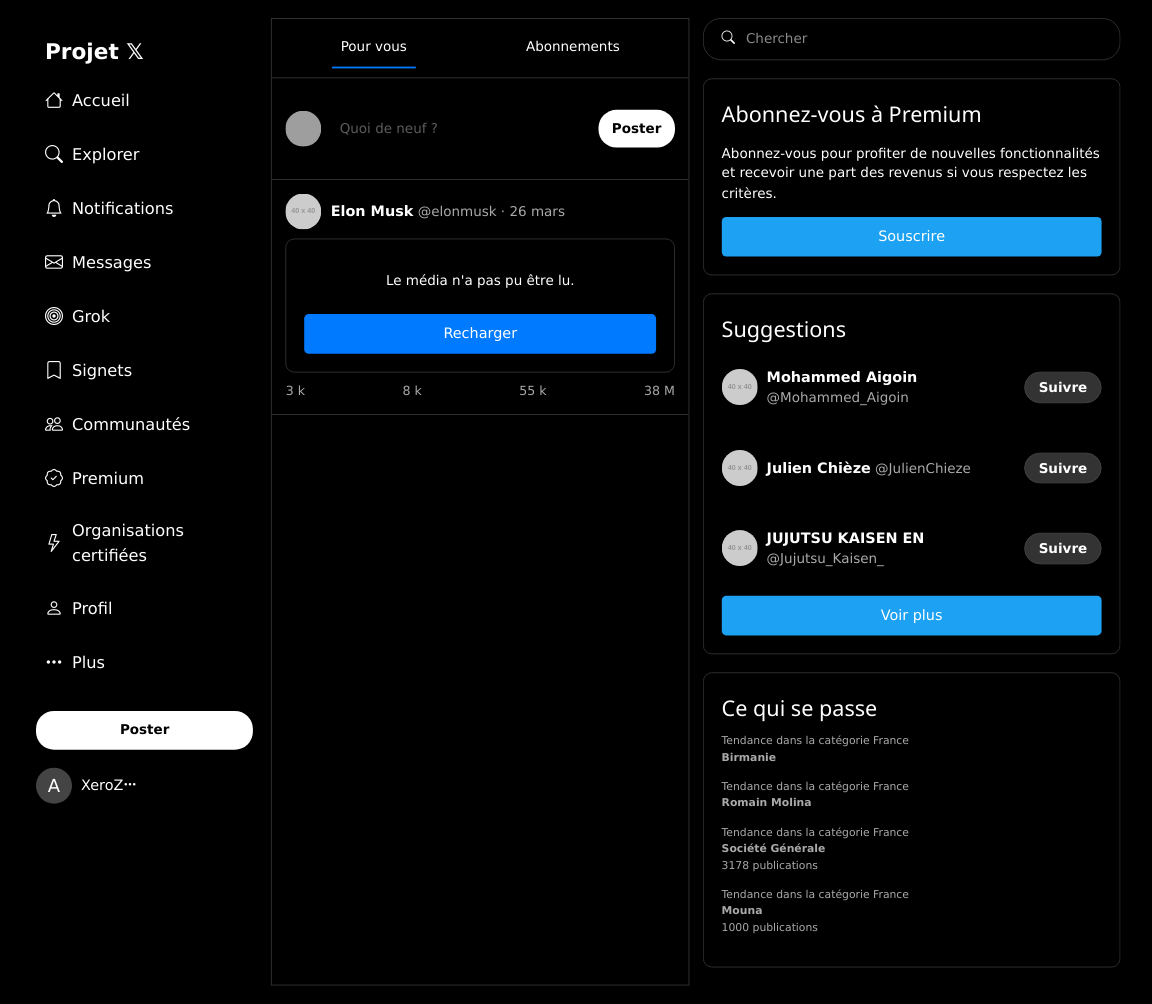
Repository: barriefl/ProjetX_BARRIER_MAULINE_MARQUES-FELIX_SERVONNET
Page: web/front/main.html
An editor plug-in stored every save of this project. The page is shown before and after the next save, followed by the edit.
The browser window is 1280 px wide. The pictures show the whole page, at 90% of full size.
Pictures or frames that could not be fetched are drawn as grey boxes.

Above is the page before, as saved 2025-03-31 09:24:00.

### web/front/main.html
<!DOCTYPE html>
<html lang="fr">
  <head>
    <meta charset="UTF-8" />
    <meta name="viewport" content="width=device-width, initial-scale=1.0" />
    <title>Projet &Xopf;</title>
    <link rel="icon" type="image/x-icon" href="image/twitter-x.svg" />
    <link rel="stylesheet" href="style/main.css" />
    <link rel="stylesheet" href="https://www.w3schools.com/w3css/5/w3.css" />
    <link
      rel="stylesheet"
      href="https://cdn.jsdelivr.net/npm/bootstrap-icons@1.5.0/font/bootstrap-icons.css"
    />
  </head>
  <body>
    <div class="sidebar">
      <div class="logo"><a href="/front/main.html">Projet &Xopf;</a></div>
      <ul class="menu">
        <li>
          <a href="/front/main.html"
            ><span class="icon"><i class="bi bi-house"></i></span> Accueil</a
          >
        </li>
        <li>
          <a href=""
            ><span class="icon"><i class="bi bi-search"></i></span>Explorer</a
          >
        </li>
        <li>
          <a href="#"
            ><span class="icon"><i class="bi bi-bell"></i></span>
            Notifications</a
          >
        </li>
        <li>
          <a href="#"
            ><span class="icon"><i class="bi bi-envelope"></i></span>Messages</a
          >
        </li>
        <li>
          <a href="#"
            ><span class="icon"><i class="bi bi-bullseye"></i></span> Grok</a
          >
        </li>
        <li>
          <a href="#"
            ><span class="icon"><i class="bi bi-bookmark"></i></span> Signets</a
          >
        </li>
        <li>
          <a href="#"
            ><span class="icon"><i class="bi bi-people"></i></span>
            Communautés</a
          >
        </li>
        <li>
          <a href="#"
            ><span class="icon"><i class="bi bi-patch-check"></i></span>
            Premium</a
          >
        </li>
        <li>
          <a href="#"
            ><span class="icon"><i class="bi bi-lightning"></i></span>
            Organisations certifiées</a
          >
        </li>
        <li>
          <a href="#"
            ><span class="icon"><i class="bi bi-person"></i></span> Profil</a
          >
        </li>
        <li>
          <a href="#"
            ><span class="icon"><i class="bi bi-three-dots"></i></span>Plus</a
          >
        </li>
      </ul>
      <button class="post-button">Poster</button>
      <div class="user-info">
        <span class="avatar">A</span>
        <span class="username">XeroZ</span>
        <span class="more-info"><i class="bi bi-three-dots"></i></span>
      </div>
    </div>
    <div class="container container-border">
      <!--  s -->
      <div class="tab-menu">
        <a href="#" class="active">Pour vous</a>
        <a href="#">Abonnements</a>
      </div>

      <!-- Header -->
      <div class="header">
        <img src="empty.png" alt="empty.png" />
        <input type="text" placeholder="Quoi de neuf ?" />
        <button class="post-button">Poster</button>
      </div>

      <!-- Post -->
      <div class="post">
        <div class="user-info">
          <img src="https://via.placeholder.com/40" alt="User Avatar" />
          <div>
            <span class="username">Elon Musk</span>
            <span style="color: #aaa">@elonmusk · 26 mars</span>
          </div>
        </div>
        <div class="content">
          <p>Le média n'a pas pu être lu.</p>
          <button class="button-blue">Recharger</button>
        </div>
        <div class="actions">
          <span>3 k</span>
          <span>8 k</span>
          <span>55 k</span>
          <span>38 M</span>
        </div>
      </div>
    </div>
    <div class="container">
      <!-- Barre de recherche -->
      <div class="search-bar">
        <i class="bi bi-search"></i>
        <input type="text" placeholder="Chercher" />
      </div>

      <!-- Section Premium -->
      <div class="card">
        <h3>Abonnez-vous à Premium</h3>
        <p>
          Abonnez-vous pour profiter de nouvelles fonctionnalités et recevoir
          une part des revenus si vous respectez les critères.
        </p>
        <button class="button-blue">Souscrire</button>
      </div>

      <!-- Suggestions -->
      <div class="card">
        <h3>Suggestions</h3>
        <div class="suggestion">
          <img src="https://via.placeholder.com/40" alt="Avatar" />
          <div class="info">
            <span class="username">Mohammed Aigoin</span>
            <span class="handle">@Mohammed_Aigoin</span>
          </div>
          <button class="follow-button">Suivre</button>
        </div>
        <div class="suggestion">
          <img src="https://via.placeholder.com/40" alt="Avatar" />
          <div class="info">
            <span class="username">Julien Chièze</span>
            <span class="handle">@JulienChieze</span>
          </div>
          <button class="follow-button">Suivre</button>
        </div>
        <div class="suggestion">
          <img src="https://via.placeholder.com/40" alt="Avatar" />
          <div class="info">
            <span class="username">JUJUTSU KAISEN EN</span>
            <span class="handle">@Jujutsu_Kaisen_</span>
          </div>
          <button class="follow-button">Suivre</button>
        </div>
        <button class="button-blue">Voir plus</button>
      </div>

      <!-- Tendances -->
      <div class="card">
        <h3>Ce qui se passe</h3>
        <ul class="trends">
          <li>
            <span>Tendance dans la catégorie France</span>
            <span class="title">Birmanie</span>
          </li>
          <li>
            <span>Tendance dans la catégorie France</span>
            <span class="title">Romain Molina</span>
          </li>
          <li>
            <span>Tendance dans la catégorie France</span>
            <span class="title">Société Générale</span>
            <span>3178 publications</span>
          </li>
          <li>
            <span>Tendance dans la catégorie France</span>
            <span class="title">Mouna</span>
            <span>1000 publications</span>
          </li>
        </ul>
      </div>
    </div>
  </body>
</html>

### web/front/style/main.css
body {
    margin: 0;
    background-color: #000;
    color: white;
    padding: 0;
    display: flex;
    justify-content: center;
    padding: 20px;
}

.sidebar {
    width: 300px;
    height: 100vh;
    display: flex;
    flex-direction: column;
    padding: 20px;
}

.logo {
    font-size: 24px;
    font-weight: bold;
}

.sidebar a {
    text-decoration: none;
    color: white;
    padding: 10px;
    border-radius: 15px;
    transition: all 0.3s ease-in-out;
}

.sidebar a:hover {
    background-color: #333;
    text-decoration: none;
    color: white;
}

.menu {
    list-style: none;
    padding: 0;
    margin: 0;
}

.menu li {
    margin: 10px 0;
}

.menu a {
    text-decoration: none;
    color: white;
    display: flex;
    align-items: center;
    font-size: 18px;
}

.menu .icon {
    margin-right: 10px;
    font-size: 20px;
}

.post-button, .follow-button {
    margin: 20px 0;
    padding: 10px 15px;
    border-radius: 20px;
    border:none;
    cursor: pointer;
    font-weight: bold;
    background-color: white;
}

.post-button:hover {
    background-color: #ddd;
}

.button-blue {
    width: 100%;
    padding: 10px;
    font-size: 16px;
    background-color: #1da1f2;
    color: white;
    border: none;
    border-radius: 5px;
    cursor: pointer;
}

.button-blue:hover {
    background-color: #0d8ce0;
}

.user-info {
    display: flex;
    align-items: center;
    margin-top: auto;
}

.avatar {
    background-color: #444;
    width: 40px;
    height: 40px;
    display: flex;
    align-items: center;
    justify-content: center;
    border-radius: 50%;
    font-size: 20px;
    margin-right: 10px;
}

.username {
    font-size: 16px;
}

.container {
    width: 500px;
    overflow: hidden;
    margin-right: 15px;
}

.container-border {
    border: 1px solid #333;
}

.header {
    display: flex;
    align-items: center;
    padding: 15px;
    border-bottom: 1px solid #333;
}

.header img {
    width: 40px;
    height: 40px;
    border-radius: 50%;
    margin-right: 10px;
}

.header input {
    flex: 1;
    background: transparent;
    border: none;
    outline: none;
    padding: 10px;
    color: #fff;
}

.header input::placeholder {
    color: #aaa;
}

.post {
    padding: 15px;
    border-bottom: 1px solid #333;
}

.post .user-info {
    display: flex;
    align-items: center;
    margin-bottom: 10px;
}

.post .user-info img {
    width: 40px;
    height: 40px;
    border-radius: 50%;
    margin-right: 10px;
}

.post .user-info .username {
    font-weight: bold;
}

.post .content {
    border: solid 1px #333;
    border-radius: 10px;
    padding: 20px;
    text-align: center;
}

.post .content button {
    background-color: #007bff;
    color: #fff;
    border: none;
    border-radius: 5px;
    padding: 10px 20px;
    margin-top: 10px;
    cursor: pointer;
}

.post .actions {
    display: flex;
    justify-content: space-between;
    margin-top: 10px;
    font-size: 14px;
    color: #aaa;
}

.tab-menu {
    display: flex;
    justify-content: space-around;
    padding: 10px;
    border-bottom: 1px solid #333;
}

.tab-menu a {
    color: #fff;
    text-decoration: none;
    padding: 10px;
}

.tab-menu a.active {
    border-bottom: 2px solid #007bff;
}

 .search-bar {
     display: flex;
     padding: 10px 20px;
     margin-bottom: 20px;
     border-radius: 20px;
     border: 1px solid #333;
 }

 .search-bar input {
     flex: 1;
     background: transparent;
     border: none;
     outline: none;
     color: #ffffff;
 }

 .search-bar i {
     margin-right: 10px;
 }

 .card {
    border: 1px solid #333;
     border-radius: 10px;
     padding: 20px;
     margin-bottom: 20px;
 }

 .card h3 {
     margin-top: 0;
 }

 .card .button {
     display: inline-block;
     background-color: #007bff;
     color: #ffffff;
     text-decoration: none;
     padding: 10px 20px;
     border-radius: 20px;
     margin-top: 10px;
     text-align: center;
 }

 .suggestion {
     display: flex;
     align-items: center;
     margin-bottom: 15px;
 }

 .suggestion img {
     width: 40px;
     height: 40px;
     border-radius: 50%;
     margin-right: 10px;
 }

 .suggestion .info {
     flex: 1;
 }

 .suggestion .info .username {
     font-weight: bold;
 }

 .suggestion .info .handle {
     color: #aaa;
 }

 .suggestion button {
     background-color: #333;
     border: 1px solid #444;
     color: #fff;
     border-radius: 20px;
     padding: 5px 15px;
     cursor: pointer;
 }

 .trends {
     list-style: none;
     padding: 0;
     margin: 0;
 }

 .trends li {
     margin-bottom: 15px;
 }

 .trends li span {
     display: block;
     color: #aaa;
     font-size: 12px;
 }

 .trends li .title {
     font-weight: bold;
 }

After the next save:
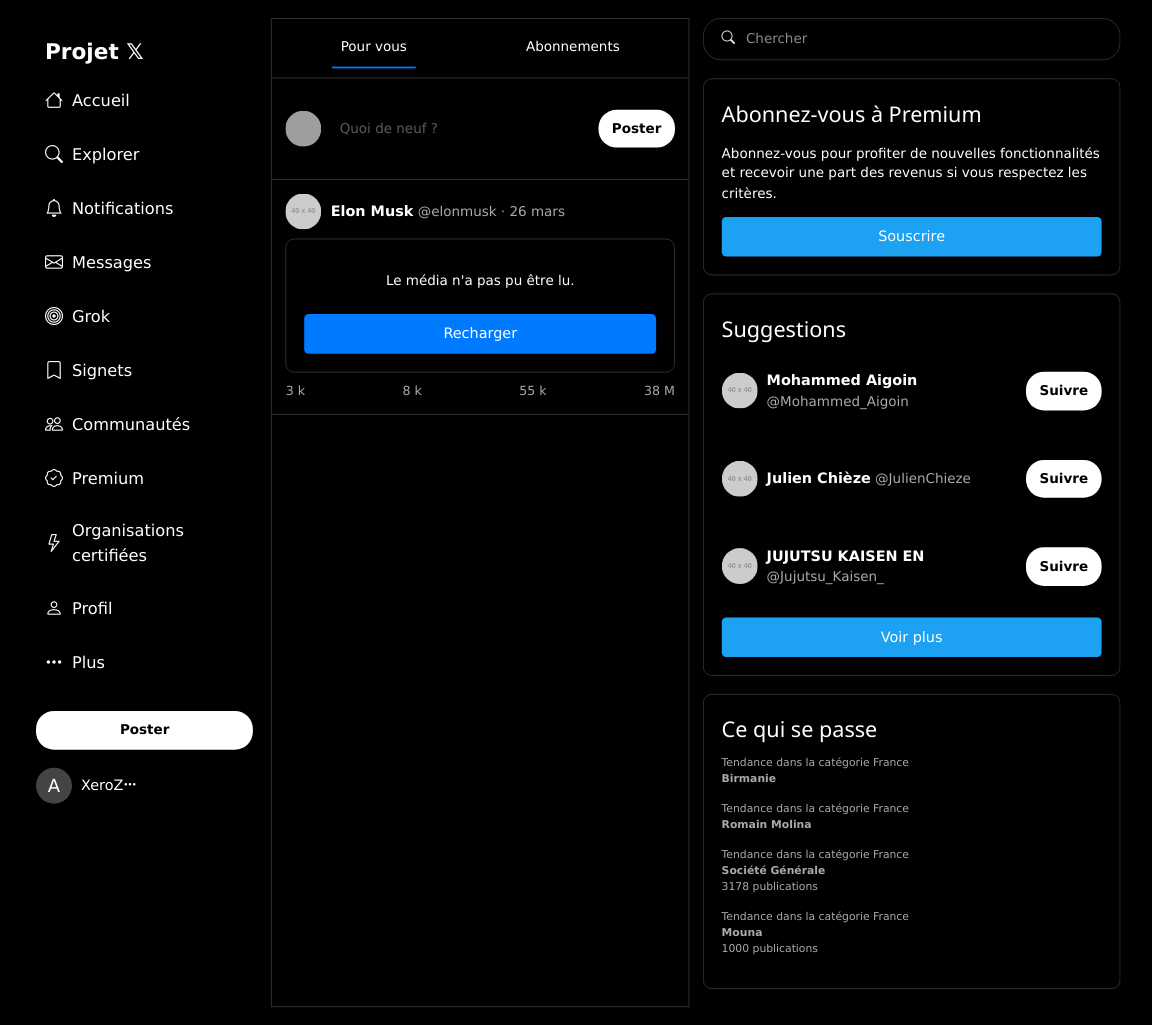
Saved 63 s later.
--- a/web/front/style/main.css
+++ b/web/front/style/main.css
@@ -277,15 +277,6 @@
      color: #aaa;
  }
 
- .suggestion button {
-     background-color: #333;
-     border: 1px solid #444;
-     color: #fff;
-     border-radius: 20px;
-     padding: 5px 15px;
-     cursor: pointer;
- }
-
  .trends {
      list-style: none;
      padding: 0;
